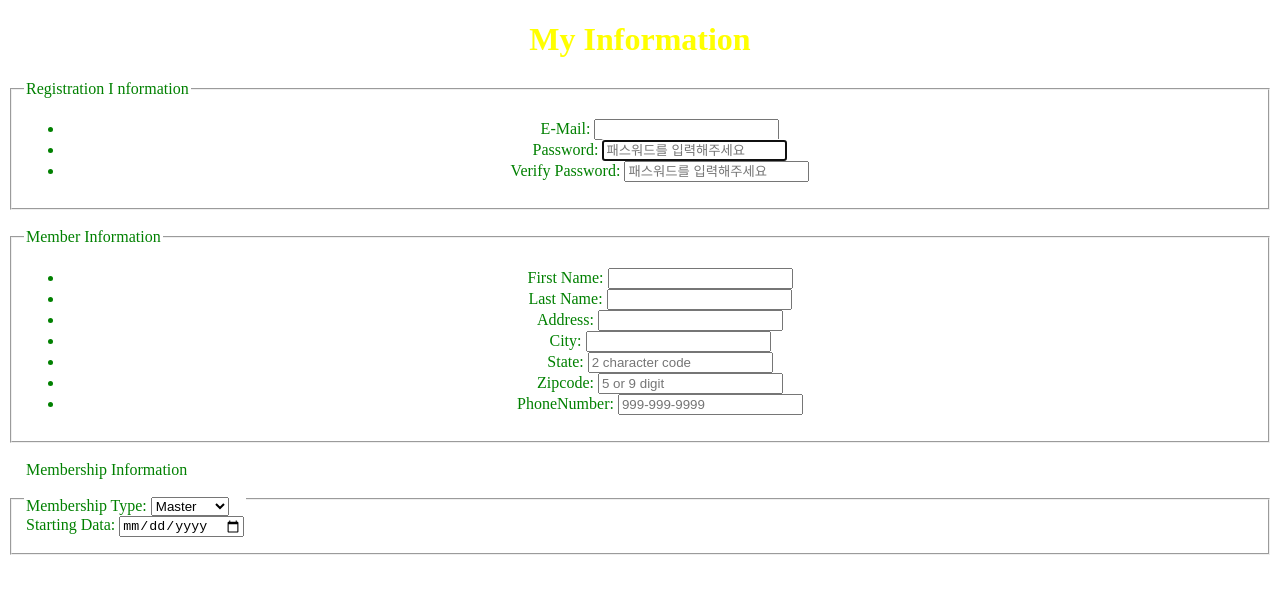
Repository: hyungju2/SSAFY_JavaPractice
Page: 20190211_HTML/web_java/HTMLProject/WebContent/html/hwfront01_서울_6반_이형주.html
The author's editor kept a copy of each file at every save. The page is drawn from the files as they stood at one save, then again after the next save.
The browser window is 1280 px wide. The pictures show the whole page.

Above is the page before, as saved 2019-02-11 09:01:43.

### 20190211_HTML/web_java/HTMLProject/WebContent/html/hwfront01_서울_6반_이형주.html
<!DOCTYPE html>
<html>
<head>
<meta charset="EUC-KR">
<title>Become a Reamember</title>
</head>
<body>
	<p align="center">
		<font color="yellow">
			<h1 align="center">My Information</h1>
		</font>
	<fieldset>
		<legend>
			<font color="green">Registration I nformation
		</legend>
		<!-- Field set안에서 사용되며, 내용을 설명해줌. -->
		<ul>
			<li align="center"><label for="name">E-Mail:</label> <input
				type="text" , id="id"></li>
			<li align="center"><label for="password">Password:</label> <input
				type="password" , id="password" autofocus required="required"
				placeholder="패스워드를 입력해주세요"></li>
			<li align="center"><label for="password">Verify
					Password:</label> <input type="password" , id="password" autofocus
				required="required" placeholder="패스워드를 입력해주세요"></li>
		</ul>
	</fieldset>

	<br>
	<fieldset>
		<legend>
			<font color="green">Member Information
		</legend>
		<!-- Field set안에서 사용되며, 내용을 설명해줌. -->
		<ul>
			<li align="center"><label for="firstname">First Name:</label> <input
				type="text" , id="id"></li>
			<li align="center"><label for="Lastname">Last Name:</label> <input
				type="password" , id="password"></li>
			<li align="center"><label for="address">Address:</label> <input
				type="text" , address="address"></li>
			<li align="center"><label for="City">City:</label> <input
				type="text" , city="city"></li>

			<li align="center"><label for="State">State:</label> <input
				type="text" , state="state" autofocus required="required"
				placeholder="2 character code"></li>
			<li align="center"><label for="State">Zipcode:</label> <input
				type="text" , Zipcode="Zipcode" autofocus required="required"
				placeholder="5 or 9 digit"></li>
			<li align="center"><label for="PhoneNumber">PhoneNumber:</label>
				<input type="text" , PhoneNumber="PhoneNumber" autofocus
				required="required" placeholder="999-999-9999"></li>
		</ul>
	</fieldset>
	<br>
	<fieldset>
		<legend>
			<font color="green">Membership Information <br> <br>
				Membership Type: <select> name="position">
					<optgroup label="position">
						<option value="1">Master</option>
						<option value="2">Senior</option>
						<option value="3">Junior</option>
					</optgroup>
			</select> <br> <label for="firstname">Starting Data:</label> <input
				type="date" , id="id"> <br>

		</legend>
	</fieldset>


</body>
</html>

After the next save:
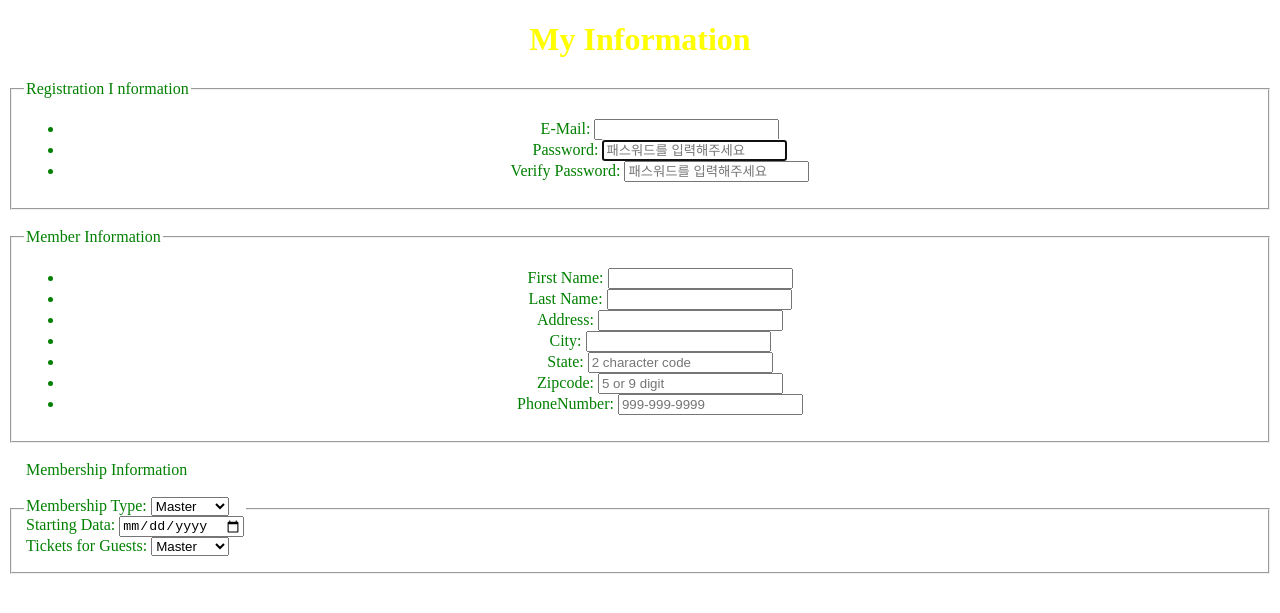
Saved 93 s later.
--- a/20190211_HTML/web_java/HTMLProject/WebContent/html/hwfront01_서울_6반_이형주.html
+++ b/20190211_HTML/web_java/HTMLProject/WebContent/html/hwfront01_서울_6반_이형주.html
@@ -65,7 +65,12 @@
 					</optgroup>
 			</select> <br> <label for="firstname">Starting Data:</label> <input
 				type="date" , id="id"> <br>
-
+				Tickets for Guests: <select> name="amount">
+					<optgroup label="amount">
+						<option value="1">Master</option>
+						<option value="2">Senior</option>
+						<option value="3">Junior</option>
+					</optgroup>
 		</legend>
 	</fieldset>
 
